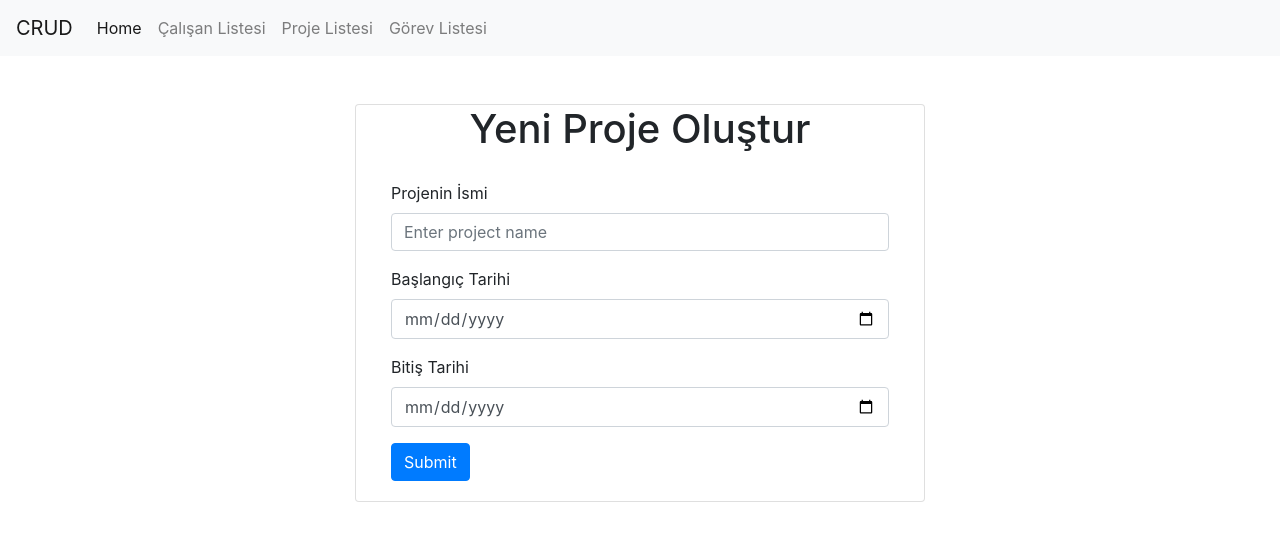
Repository: AhmetOzgul/veri_Taban-_proje
Page: http://localhost/create_project
The author's editor kept a copy of each file at every save. The page is drawn from the files as they stood at one save, then again after the next save.
The browser window is 1280 px wide. The pictures show the whole page.
The page is this project's Thymeleaf template; nobody is signed in. The template is opened directly, without the code that normally fills it, so the values that code supplies are empty.

Above is the page before, as saved 2024-01-18 10:07:00.

After the next save:
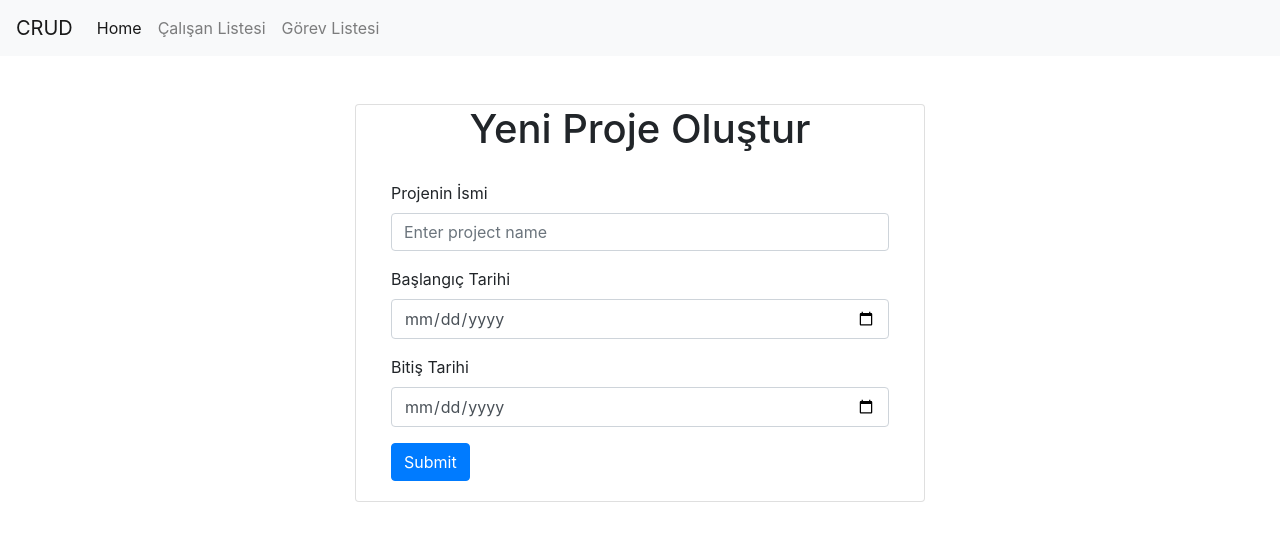
Saved 34 s later.
--- a/vtys2/vtys/src/main/resources/templates/create_project.html
+++ b/vtys2/vtys/src/main/resources/templates/create_project.html
@@ -20,9 +20,6 @@
 			<li class="nav-item">
 			  <a class="nav-link" href="/users">Çalışan Listesi</a>
 			</li>
-			<li class="nav-item">
-				<a class="nav-link" href="/projects">Proje Listesi</a>
-			  </li>
 			<li class="nav-item">
 				<a class="nav-link" href="/tasks">Görev Listesi</a>
 			  </li>
